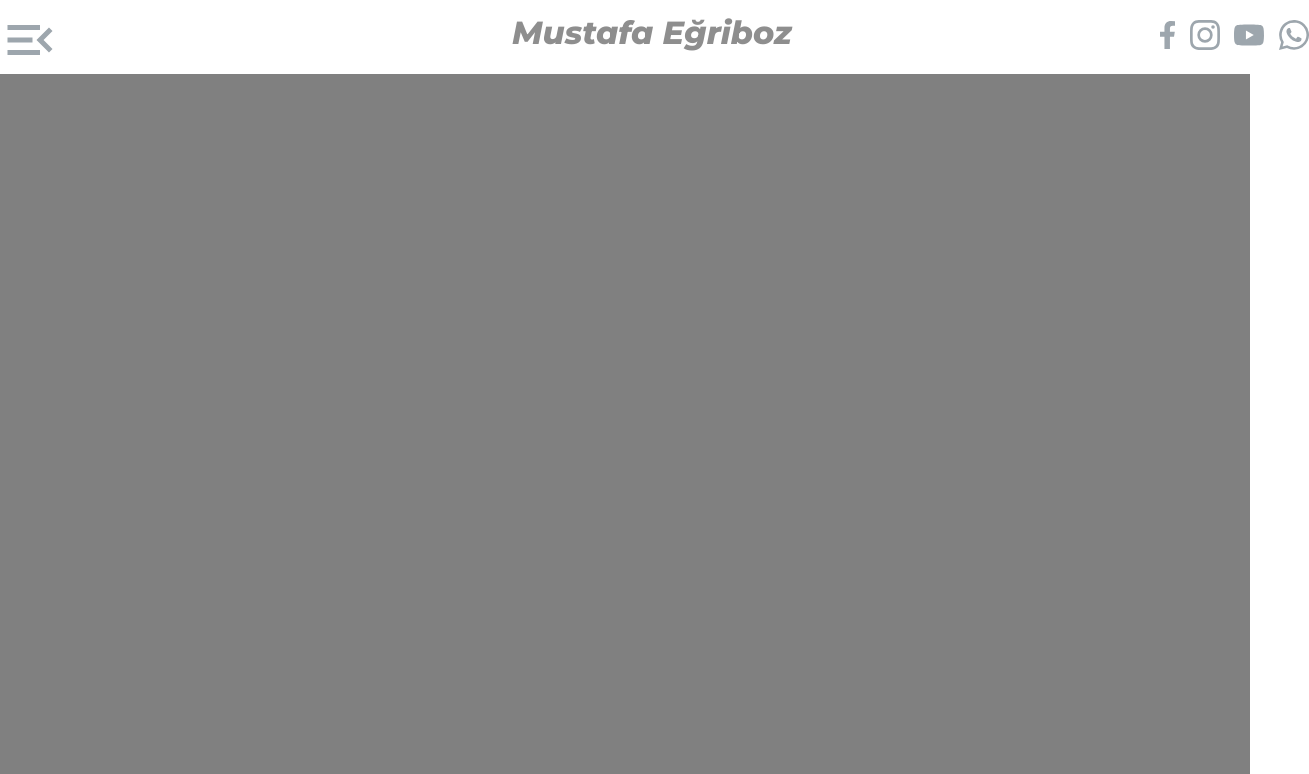
Repository: CengoCengo/m.e-gallery-web-site
Page: index.html
The author's editor kept a copy of each file at every save. The page is drawn from the files as they stood at one save, then again after the next save.
The browser window is 1280 px wide. The page is 1309 px wide, so the pictures cover 1309 px, including what lies to the right of the window. The pictures show the whole page.

Above is the page before, as saved 2021-02-06 15:19:23.
Console error: TypeError: Cannot read properties of null (reading 'style')

After the next save:
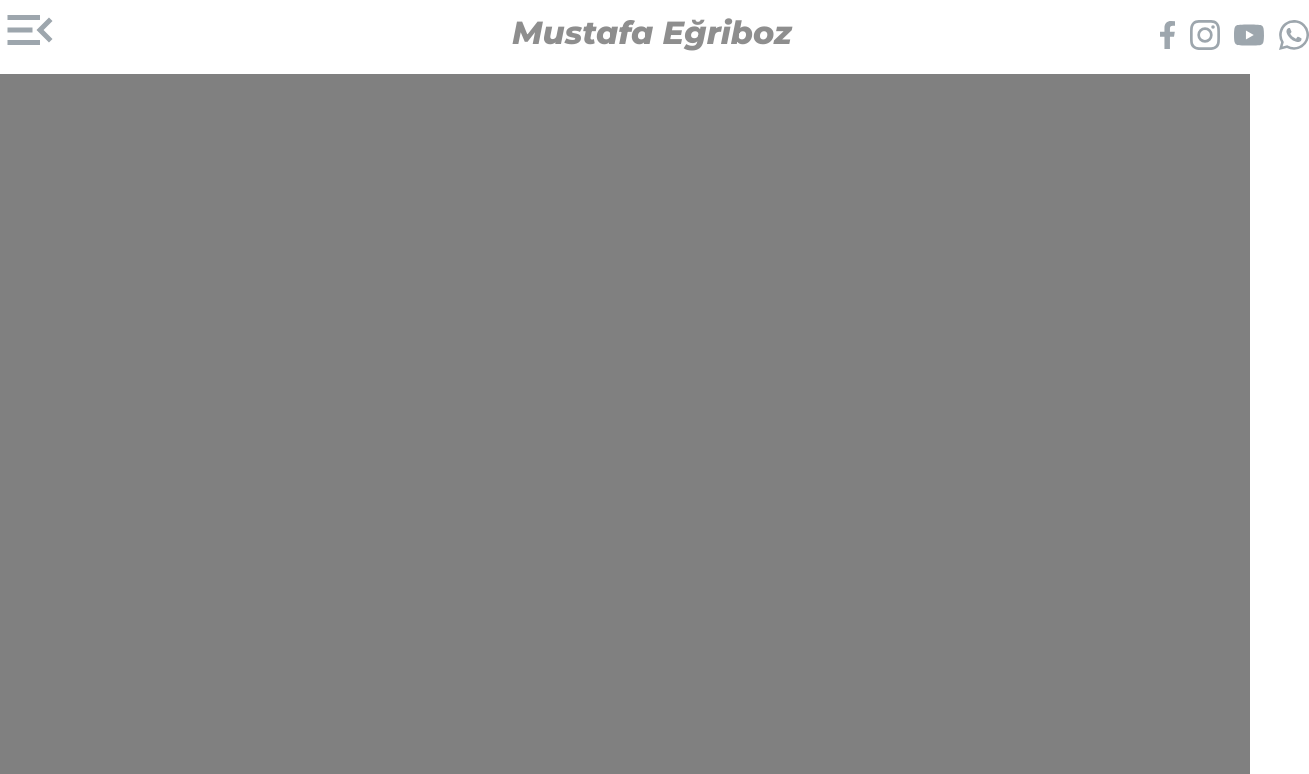
Saved 36 s later.
--- a/styles/style.css
+++ b/styles/style.css
@@ -26,7 +26,7 @@
     display: inline-block;
     width: 60px;
     height: auto;
-    margin-top: 10px;
+    margin-bottom: 10px;
 
 
 
